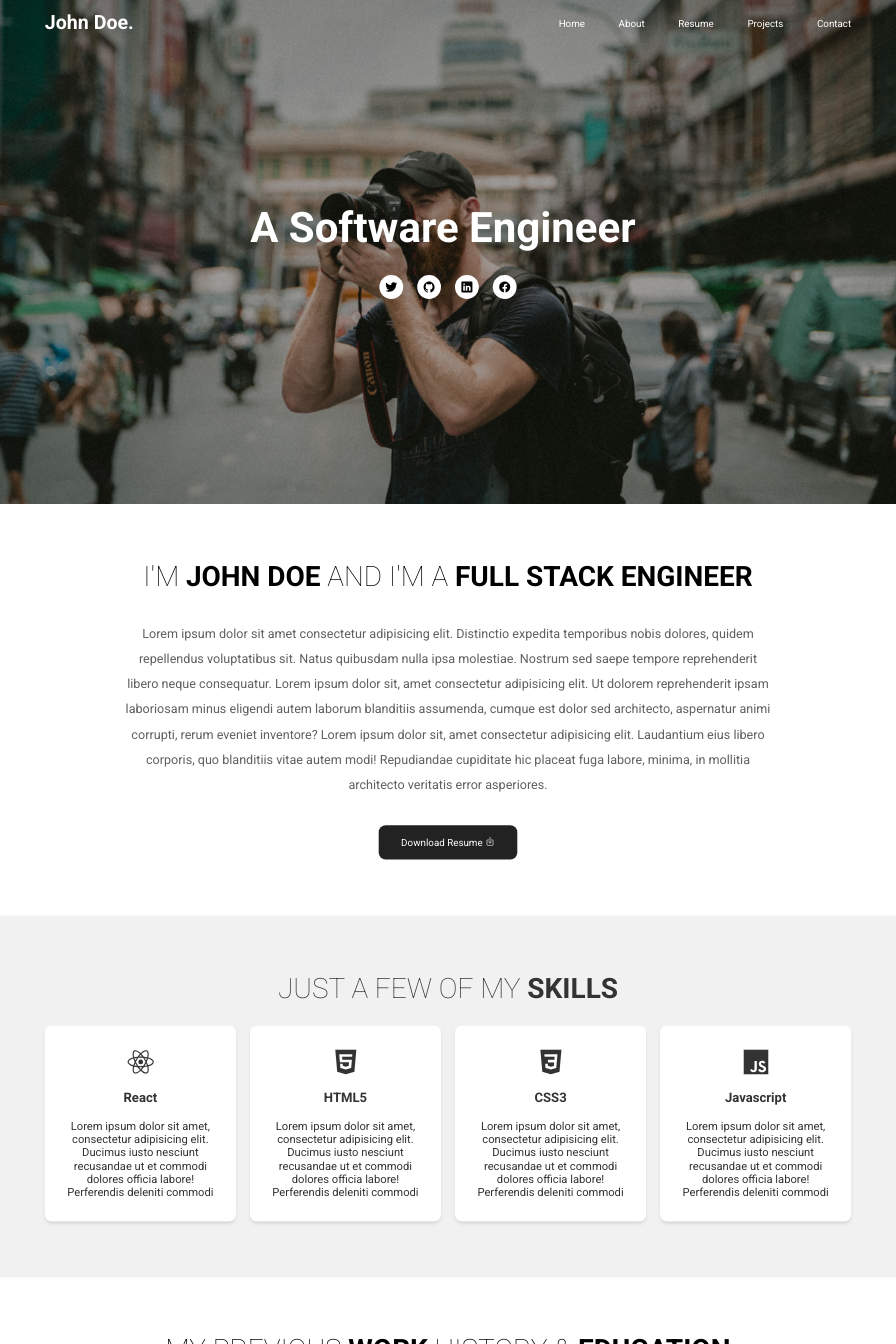
Repository: DevAntonioRogers/portfolio-tutorial
Page: index.html
These files come from the project's save history. The page is drawn as it stood at one moment and after the next save; the edit follows.
The browser window is 1280 px wide. The pictures show the part of the page from y = 0 to 1920 px (the page is 3306 px tall), at 70% of full size.
Backgrounds fixed to the window are drawn as part of the page.

Above is the page before, as saved 2023-11-01 09:28:08.

### index.html
<!DOCTYPE html>
<html lang="en">
  <head>
    <meta charset="UTF-8" />
    <meta
      name="viewport"
      content="width=device-width, initial-scale=1.0"
    />
    <script src="https://unpkg.com/typed.js@2.0.16/dist/typed.umd.js"></script>
    <script
      type="module"
      src="https://unpkg.com/ionicons@7.1.0/dist/ionicons/ionicons.esm.js"
    ></script>
    <script
      nomodule
      src="https://unpkg.com/ionicons@7.1.0/dist/ionicons/ionicons.js"
    ></script>
    <link rel="stylesheet" href="./styles/main.css" />
    <title>John Doe Portfolio</title>
  </head>
  <body>
    <!-------- NAVBAR --------->
    <header>
      <nav role="navigation" aria-label="Navigation">
        <div class="container navbar">
          <h1>John Doe.</h1>

          <ul class="nav-menu">
            <li><a href="#home">Home</a></li>
            <li><a href="#about">About</a></li>
            <li><a href="#resume">Resume</a></li>
            <li><a href="#projects">Projects</a></li>
            <li><a href="#contact">Contact</a></li>
          </ul>

          <button
            aria-label="Toggle Mobile Menu"
            class="hamburger"
          >
            <span class="bar"></span>
            <span class="bar"></span>
            <span class="bar"></span>
          </button>
        </div>
      </nav>
    </header>

    <main>
      <!--HERO SECTION -->
      <section id="home" class="hero">
        <div class="hero-overlay"></div>
        <div class="container hero-content">
          <div class="hero-text">
            <h2 id="typed-text"></h2>
          </div>

          <div
            class="hero-socials"
            aria-label="Social Media Links"
          >
            <a href="#" aria-label="Twitter Link"
              ><ion-icon name="logo-twitter"></ion-icon
            ></a>
            <a href="#" aria-label="Github Link"
              ><ion-icon name="logo-github"></ion-icon
            ></a>
            <a href="#" aria-label="LinkedIn Link"
              ><ion-icon name="logo-linkedin"></ion-icon
            ></a>
            <a href="#" aria-label="Facebook Link"
              ><ion-icon name="logo-facebook"></ion-icon
            ></a>
          </div>
        </div>
      </section>

      <!--ABOUT SECTION-->
      <section class="about" id="about">
        <div class="container">
          <h1>
            I'm <strong>John Doe</strong> and I'm a
            <strong>full stack engineer</strong>
          </h1>

          <div class="about-info">
            <p>
              Lorem ipsum dolor sit amet consectetur
              adipisicing elit. Distinctio expedita
              temporibus nobis dolores, quidem repellendus
              voluptatibus sit. Natus quibusdam nulla ipsa
              molestiae. Nostrum sed saepe tempore
              reprehenderit libero neque consequatur. Lorem
              ipsum dolor sit, amet consectetur adipisicing
              elit. Ut dolorem reprehenderit ipsam
              laboriosam minus eligendi autem laborum
              blanditiis assumenda, cumque est dolor sed
              architecto, aspernatur animi corrupti, rerum
              eveniet inventore? Lorem ipsum dolor sit, amet
              consectetur adipisicing elit. Laudantium eius
              libero corporis, quo blanditiis vitae autem
              modi! Repudiandae cupiditate hic placeat fuga
              labore, minima, in mollitia architecto
              veritatis error asperiores.
            </p>
          </div>

          <button
            class="about-button"
            aria-label="Download Resume Button"
          >
            Download Resume
            <ion-icon
              name="download-outline"
              aria-hidden="true"
            ></ion-icon>
          </button>
        </div>
      </section>

      <!--SKILLS SECTION-->
      <section class="skills" id="skills">
        <h1>Just a few of my <strong>skills</strong></h1>
        <div class="container skill-grid">
          <div class="skill">
            <ion-icon
              name="logo-react"
              class="skill-icon"
              aria-hidden="true"
            ></ion-icon>
            <h3>React</h3>
            <p>
              Lorem ipsum dolor sit amet, consectetur
              adipisicing elit. Ducimus iusto nesciunt
              recusandae ut et commodi dolores officia
              labore! Perferendis deleniti commodi
            </p>
          </div>
          <div class="skill">
            <ion-icon
              name="logo-html5"
              class="skill-icon"
              aria-hidden="true"
            ></ion-icon>
            <h3>HTML5</h3>
            <p>
              Lorem ipsum dolor sit amet, consectetur
              adipisicing elit. Ducimus iusto nesciunt
              recusandae ut et commodi dolores officia
              labore! Perferendis deleniti commodi
            </p>
          </div>
          <div class="skill">
            <ion-icon
              name="logo-CSS3"
              class="skill-icon"
              aria-hidden="true"
            ></ion-icon>
            <h3>CSS3</h3>
            <p>
              Lorem ipsum dolor sit amet, consectetur
              adipisicing elit. Ducimus iusto nesciunt
              recusandae ut et commodi dolores officia
              labore! Perferendis deleniti commodi
            </p>
          </div>
          <div class="skill">
            <ion-icon
              name="logo-javascript"
              class="skill-icon"
              aria-hidden="true"
            ></ion-icon>
            <h3>Javascript</h3>
            <p>
              Lorem ipsum dolor sit amet, consectetur
              adipisicing elit. Ducimus iusto nesciunt
              recusandae ut et commodi dolores officia
              labore! Perferendis deleniti commodi
            </p>
          </div>
        </div>
      </section>

      <!--RESUME-->
      <section class="resume" id="resume">
        <div class="container">
          <h1>
            My Previous <strong>Work</strong> History &
            <strong>Education</strong>
          </h1>

          <div class="resume-content">
            <div>
              <h2>Education</h2>

              <article>
                <div class="card-header">
                  <div class="card-header-info">
                    <p>Computer Science</p>
                    <p>Harvard University, Boston</p>
                  </div>
                  <span>2018-2023</span>
                </div>
                <p class="card-info">
                  Lorem ipsum dolor sit amet consectetur
                  adipisicing elit. Voluptates inventore
                  quod officia iusto incidunt rem eaque
                  tenetur, odio autem asperiores iure, sed
                  quibusdam ut atque consectetur quia
                  dignissimos, commodi minima.
                </p>
              </article>
              <article>
                <div class="card-header">
                  <div class="card-header-info">
                    <p>Computer Science</p>
                    <p>Harvard University, Boston</p>
                  </div>
                  <span>2018-2023</span>
                </div>
                <p class="card-info">
                  Lorem ipsum dolor sit amet consectetur
                  adipisicing elit. Voluptates inventore
                  quod officia iusto incidunt rem eaque
                  tenetur, odio autem asperiores iure, sed
                  quibusdam ut atque consectetur quia
                  dignissimos, commodi minima.
                </p>
              </article>
              <article>
                <div class="card-header">
                  <div class="card-header-info">
                    <p>Computer Science</p>
                    <p>Harvard University, Boston</p>
                  </div>
                  <span>2018-2023</span>
                </div>
                <p class="card-info">
                  Lorem ipsum dolor sit amet consectetur
                  adipisicing elit. Voluptates inventore
                  quod officia iusto incidunt rem eaque
                  tenetur, odio autem asperiores iure, sed
                  quibusdam ut atque consectetur quia
                  dignissimos, commodi minima.
                </p>
              </article>
            </div>

            <div>
              <h2>Experience</h2>

              <article>
                <div class="card-header">
                  <div class="card-header-info">
                    <p>Computer Science</p>
                    <p>Harvard University, Boston</p>
                  </div>
                  <span>2018-2023</span>
                </div>
                <p class="card-info">
                  Lorem ipsum dolor sit amet consectetur
                  adipisicing elit. Voluptates inventore
                  quod officia iusto incidunt rem eaque
                  tenetur, odio autem asperiores iure, sed
                  quibusdam ut atque consectetur quia
                  dignissimos, commodi minima.
                </p>
              </article>
              <article>
                <div class="card-header">
                  <div class="card-header-info">
                    <p>Computer Science</p>
                    <p>Harvard University, Boston</p>
                  </div>
                  <span>2018-2023</span>
                </div>
                <p class="card-info">
                  Lorem ipsum dolor sit amet consectetur
                  adipisicing elit. Voluptates inventore
                  quod officia iusto incidunt rem eaque
                  tenetur, odio autem asperiores iure, sed
                  quibusdam ut atque consectetur quia
                  dignissimos, commodi minima.
                </p>
              </article>
              <article>
                <div class="card-header">
                  <div class="card-header-info">
                    <p>Computer Science</p>
                    <p>Harvard University, Boston</p>
                  </div>
                  <span>2018-2023</span>
                </div>
                <p class="card-info">
                  Lorem ipsum dolor sit amet consectetur
                  adipisicing elit. Voluptates inventore
                  quod officia iusto incidunt rem eaque
                  tenetur, odio autem asperiores iure, sed
                  quibusdam ut atque consectetur quia
                  dignissimos, commodi minima.
                </p>
              </article>
            </div>
          </div>
        </div>
      </section>

      <!--PROJECTS SECTION -->
      <section class="projects" id="projects">
        <div class="container">
          <h1>Some of my <strong>Projects</strong></h1>

          <div class="filter">
            <button
              data-filter="all"
              aria-label="Show all projects"
            >
              All
            </button>
            <button
              data-filter="react"
              aria-label="Show react projects"
            >
              React
            </button>
            <button
              data-filter="uiux"
              aria-label="Show UI/UX projects"
            >
              UI/UX
            </button>
            <button
              data-filter="python"
              aria-label="Show Python projects"
            >
              Python
            </button>
          </div>
          <div class="project-grid">
            <div class="project-card" data-category="react">
              <h2>Awwwards</h2>
              <img
                src="./assets/project-1.png"
                alt="react project"
              />
            </div>
            <div
              class="project-card"
              data-category="python"
            >
              <h2>Webflow</h2>
              <img
                src="./assets/project-2.png"
                alt="python project"
              />
            </div>
            <div
              class="project-card"
              data-category="python"
            >
              <h2>Blocs</h2>
              <img
                src="./assets/project-3.png"
                alt="python project"
              />
            </div>
            <div class="project-card" data-category="uiux">
              <h2>Ooooucraft</h2>
              <img
                src="./assets/project-4.png"
                alt="uiux project"
              />
            </div>
            <div class="project-card" data-category="uiux">
              <h2>Ukit</h2>
              <img
                src="./assets/project-5.png"
                alt="uiux project"
              />
            </div>
            <div class="project-card" data-category="react">
              <h2>EverWeb</h2>
              <img
                src="./assets/project-6.png"
                alt="react project"
              />
            </div>
          </div>
        </div>
      </section>
    </main>

    <script src="./app.js"></script>
  </body>
</html>

### styles/main.css
@import url("https://fonts.googleapis.com/css2?family=Roboto:wght@100;400;500;700&display=swap");
@import url(./navbar.css);
@import url(./hero.css);
@import url(./about.css);
@import url(./skills.css);
@import url(./resume.css);
@import url(./projects.css);

* {
  box-sizing: border-box;
  padding: 0;
  margin: 0;
  font-family: "Roboto", sans-serif;
}

html {
  scroll-behavior: smooth;
}

li {
  list-style: none;
}

a {
  text-decoration: none;
  color: inherit;
}

button {
  outline: none;
  border: none;
  background: inherit;
  cursor: pointer;
}

.container {
  width: 90%;
  margin: 0 auto;
  max-width: 1400px;
  height: 100%;
}

article {
  padding: 20px 0;
  display: flex;
  flex-direction: column;
  gap: 10px;
  border-bottom: solid 1px #dad9d9;
}

### styles/navbar.css
nav {
  background-color: transparent;
  position: fixed;
  width: 100%;
  z-index: 999;
  top: 0;
  left: 0;
  padding: 1rem 0;
}

.navbar {
  display: flex;
  justify-content: space-between;
  align-items: center;
}

.navbar h1 {
  color: white;
  font-size: 28px;
}

.nav-menu {
  display: flex;
  gap: 3rem;
  align-items: center;
}

.nav-menu li {
  font-size: 14px;
  color: white;
}

.bar {
  background-color: white;
  display: block;
  width: 23px;
  height: 2px;
  margin: 5px auto;
  transition: all 0.3s ease-in-out;
}

.hamburger {
  display: none;
  z-index: 999;
}

@media only screen and (max-width: 768px) {
  .hamburger {
    display: block;
  }

  .nav-menu {
    position: fixed;
    top: 0;
    right: 0;
    width: 100%;
    height: 100%;
    flex-direction: column;
    align-items: center;
    background-color: black;
    padding: 20px 0;
    z-index: 10;
    transition: 0.3s ease-in-out;
    gap: 5rem;
    padding-top: 6rem;
    left: -100%;
  }

  .nav-menu.active {
    left: 0;
  }

  .hamburger.active .bar:nth-child(2) {
    opacity: 0;
  }

  .hamburger.active .bar:nth-child(1) {
    transform: translateY(8px) rotate(45deg);
  }

  .hamburger.active .bar:nth-child(3) {
    transform: translatey(-6px) rotate(-45deg);
  }
}

### styles/hero.css
.hero {
  position: relative;
  height: 100vh;
  background: url(/assets/hero.jpg);
  background-size: cover;
  z-index: 1;
  background-attachment: fixed;
}

.hero-overlay {
  position: absolute;
  width: 100%;
  height: 100%;
  background-color: #0000005e;
  top: 0;
  left: 0;
  z-index: 1;
}

.hero-content {
  display: flex;
  gap: 2rem;
  flex-direction: column;
  align-items: center;
  justify-content: center;
  position: relative;
  z-index: 2;
  color: white;
}

.hero-socials {
  display: flex;
  align-items: center;
  gap: 20px;
}

.hero-socials ion-icon {
  background-color: white;
  color: black;
  padding: 8px;
  border-radius: 100%;
  font-size: 18px;
}

.hero-text {
  display: flex;
}

.hero-content h2 {
  font-size: 60px;
}

.typed-cursor {
  font-size: 60px;
  opacity: 1;
}

@media only screen and (max-width: 650px) {
  .hero-content h2 {
    font-size: 30px;
  }

  .typed-cursor {
    font-size: 30px;
    opacity: 1;
  }
}

### styles/about.css
.about {
  padding: 5rem 0;
  text-align: center;
}

.about-info {
  display: flex;
  gap: 20px;
  margin: 40px 0;
}

.about h1 {
  font-weight: 100;
  font-size: 40px;
  text-transform: uppercase;
}

.about p {
  font-size: 18px;
  color: rgb(97, 95, 95);
  line-height: 2;
  max-width: 80%;
  margin: 0 auto;
}

.about-button {
  padding: 1rem 2rem;
  background: #222;
  color: white;
  border-radius: 10px;
  font-size: 14px;
}

.about-button:hover {
  background-color: black;
  transition: 0.3s ease-in-out;
}

### styles/skills.css
.skills {
  background-color: rgb(242, 241, 241);
  padding: 5rem 0;
  color: #333;
  text-align: center;
}

.skills h1 {
  font-weight: 100;
  font-size: 40px;
  text-transform: uppercase;
  margin-bottom: 30px;
}

.skill-grid {
  display: grid;
  grid-template-columns: repeat(4, minmax(0, 1fr));
  gap: 20px;
}

.skill {
  display: flex;
  flex-direction: column;
  justify-content: center;
  align-items: center;
  text-align: center;
  padding: 2rem;
  gap: 20px;
  border-radius: 10px;
  background-color: white;
  box-shadow: 0 4px 6px -1px rgb(0 0 0 / 0.1),
    0 2px 4px -2px rgb(0 0 0 / 0.1);
}

.skill-icon {
  font-size: 40px;
}

@media only screen and (max-width: 992px) {
  .skill-grid {
    grid-template-columns: repeat(2, minmax(0, 1fr));
  }
}

@media only screen and (max-width: 768px) {
  .skill-grid {
    grid-template-columns: repeat(1, minmax(0, 1fr));
  }
}

/* @media only screen and (max-width: 480px) {
  .skills h1 {
    font-size: 30px;
  }
} */

### styles/resume.css
.resume {
  padding: 5rem 0;
}

.resume h1 {
  font-weight: 100;
  font-size: 40px;
  text-transform: uppercase;
  margin-bottom: 40px;
  text-align: center;
}

.resume h2 {
  border-bottom: 1px solid #dad9d9;
  padding-bottom: 3px;
  display: inline-block;
}

.resume-content {
  display: grid;
  gap: 40px;
  grid-template-columns: repeat(2, minmax(0, 1fr));
  color: #333;
}

.card-header-info p:nth-child(1) {
  font-weight: 800;
  font-size: 20px;
}

.card-header {
  display: flex;
  justify-content: space-between;
  align-items: center;
}

.card-header span {
  background-color: #333;
  color: white;
  padding: 1px 10px;
  border-radius: 10px;
}

### styles/projects.css
.projects {
  padding: 3rem 0;
}

.projects h1 {
  font-weight: 100;
  font-size: 40px;
  text-transform: uppercase;
  margin-bottom: 40px;
  text-align: center;
}

.filter {
  text-align: center;
  margin-bottom: 20px;
}

.filter button {
  background-color: #333;
  color: white;
  border-radius: 10px;
  padding: 10px 20px;
  margin: 5px;
}

.project-grid {
  display: grid;
  grid-template-columns: repeat(3, 1fr);
  gap: 20px;
}

.project-card {
  background-color: #f4f4f4;
  padding: 20px;
  border-radius: 5px;
  cursor: pointer;
  transition: opacity 0.3s ease-in-out;
}

.project-card:hover {
  opacity: 0.8;
}

.project-card img {
  width: 100%;
  margin-top: 10px;
  box-shadow: 0 4px 6px -1px rgb(0 0 0 / 0.1),
    0 2px 4px -2px rgb(0 0 0 / 0.1);
}

@media only screen and (max-width: 768px) {
  .project-grid {
    grid-template-columns: repeat(1, minmax(0, 1fr));
  }
}

### app.js
//NAVBAR
const hamburger = document.querySelector('.hamburger')
const navMenu = document.querySelector('.nav-menu')
const body = document.querySelector('body')
const navLinks = navMenu.querySelectorAll('li');
const nav = document.querySelector('nav')

hamburger.addEventListener('click', () => {
  hamburger.classList.toggle('active')
  navMenu.classList.toggle('active')
  body.classList.toggle("no-scroll")
})

function closeMenu() {
  hamburger.classList.remove('active')
  navMenu.classList.remove('active')
  body.classList.remove("no-scroll")
}

navLinks.forEach((link) => {
  link.addEventListener('click', closeMenu)
})

function handleScroll() {
  if (window.scrollY > 300) {
    nav.classList.add('sticky-nav')
  } else {
    nav.classList.remove('sticky-nav')
  }
}


//TYPING DELETING TEXT
function initTypedText() {
  const options = {
    strings: [
      "Hello, I'm John Doe",
      "A Software Engineer",
      "From New York",
    ],
    typeSpeed: 50,
    backSpeed: 30,
    backDelay: 1000,
    startDelay: 500,
    loop: true,
  }
  const typed = new Typed("#typed-text", options)
}

initTypedText()

//FILTER OPTIONS
document.addEventListener('DOMContentLoaded', function () {
  const filterButtons = document.querySelectorAll('.filter button')
  const projectCards = document.querySelectorAll(".project-card")

  filterButtons.forEach(button => {
    button.addEventListener('click', () => {
      const filterValue = button.getAttribute('data-filter');
      filterProjects(filterValue);
    });
  });

  function filterProjects(category) {
    projectCards.forEach(card => {
      const projectCategory = card.getAttribute('data-category')
      if (category === 'all' || projectCategory === category) {
        card.style.display = 'block'
      } else {
        card.style.display = "none"
      }
    })
  }
})

After the next save:
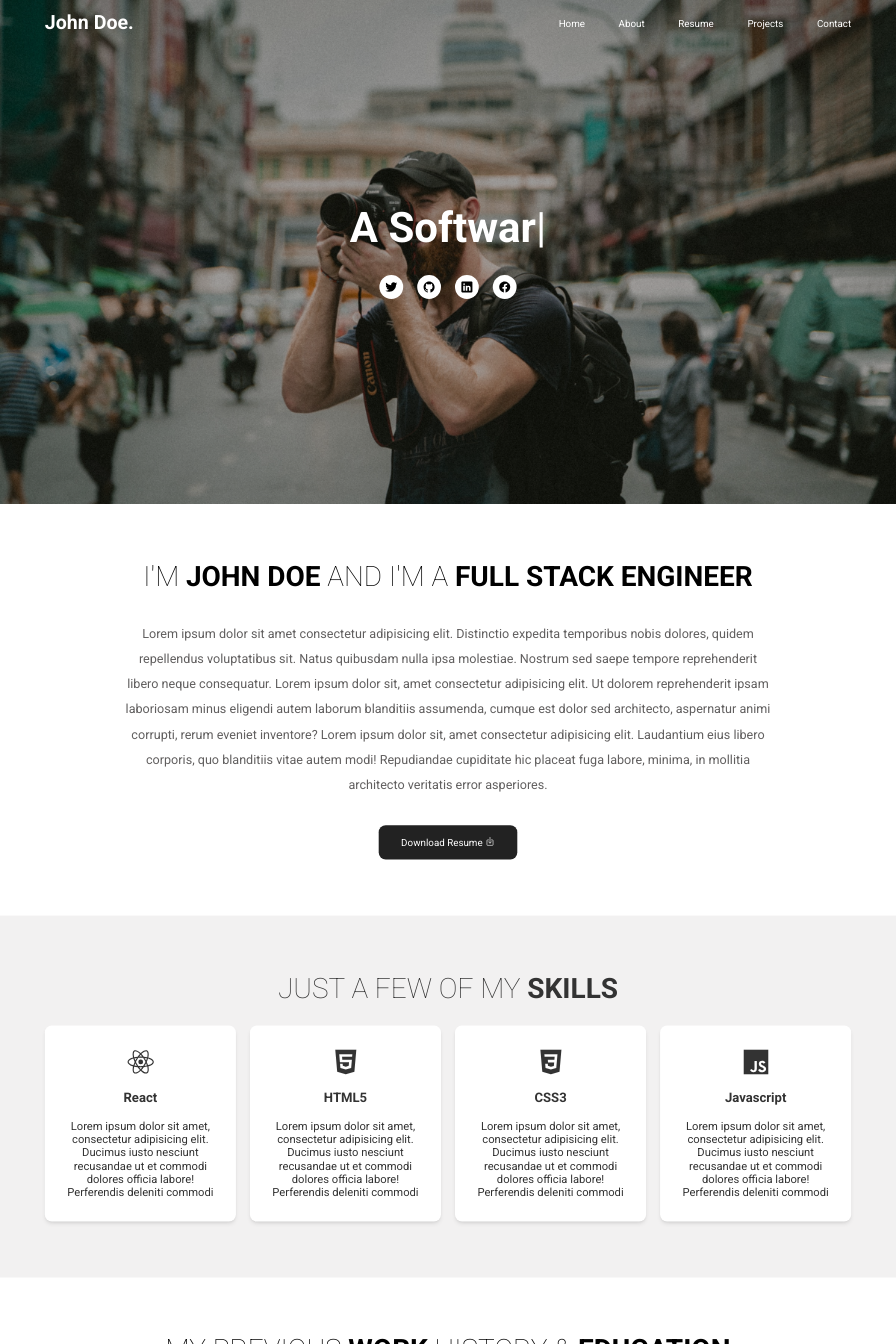
Saved 22 s later.
--- a/app.js
+++ b/app.js
@@ -28,6 +28,7 @@
     nav.classList.remove('sticky-nav')
   }
 }
+window.addEventListener('scroll', handleScroll)
 
 
 //TYPING DELETING TEXT
